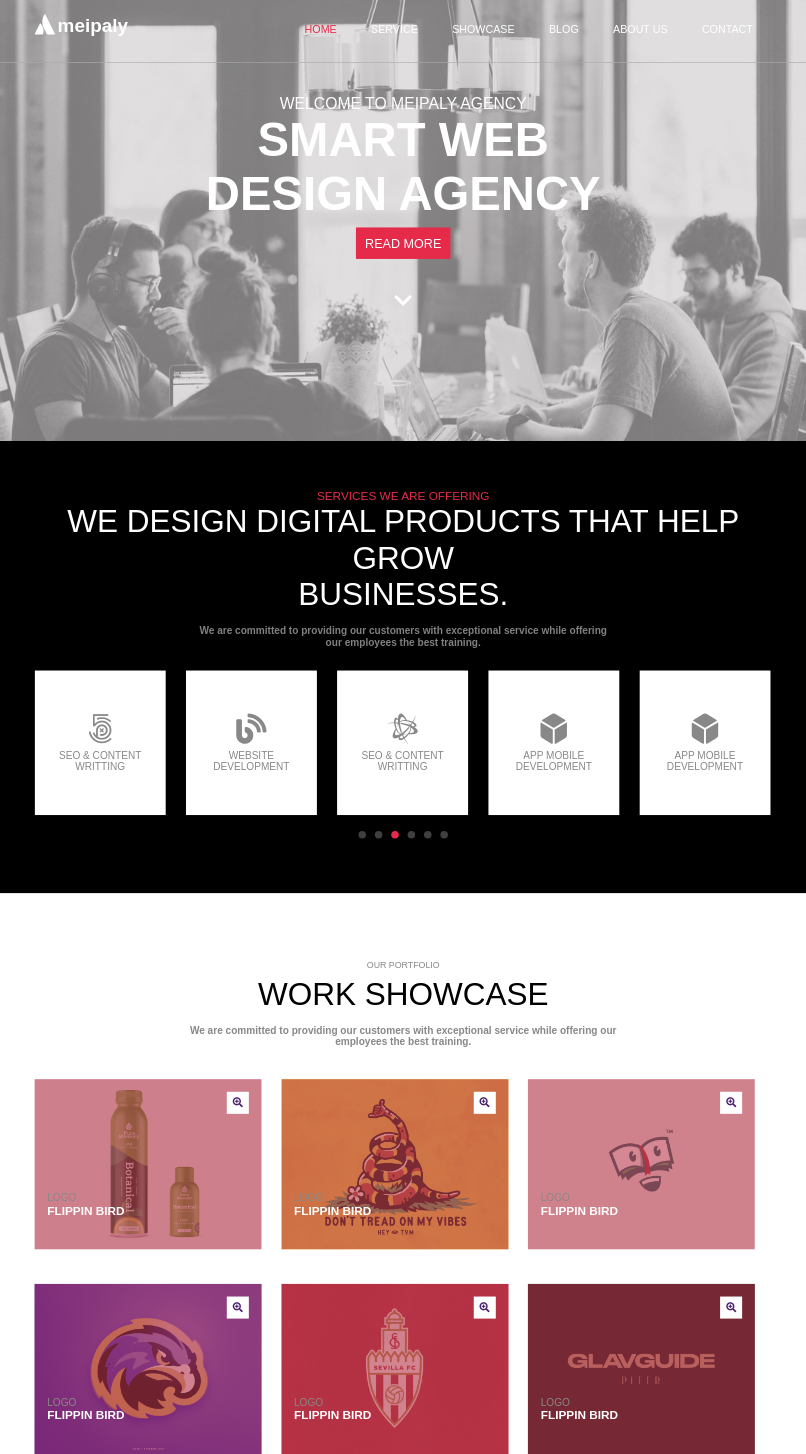
Repository: ToanNguyenThai/Meipaly
Page: index.html
An editor plug-in stored every save of this project. The page is shown before and after the next save, followed by the edit.
The browser window is 1280 px wide. The pictures show the whole page, at 63% of full size.

Above is the page before, as saved 2021-12-11 01:11:32.

After the next save:
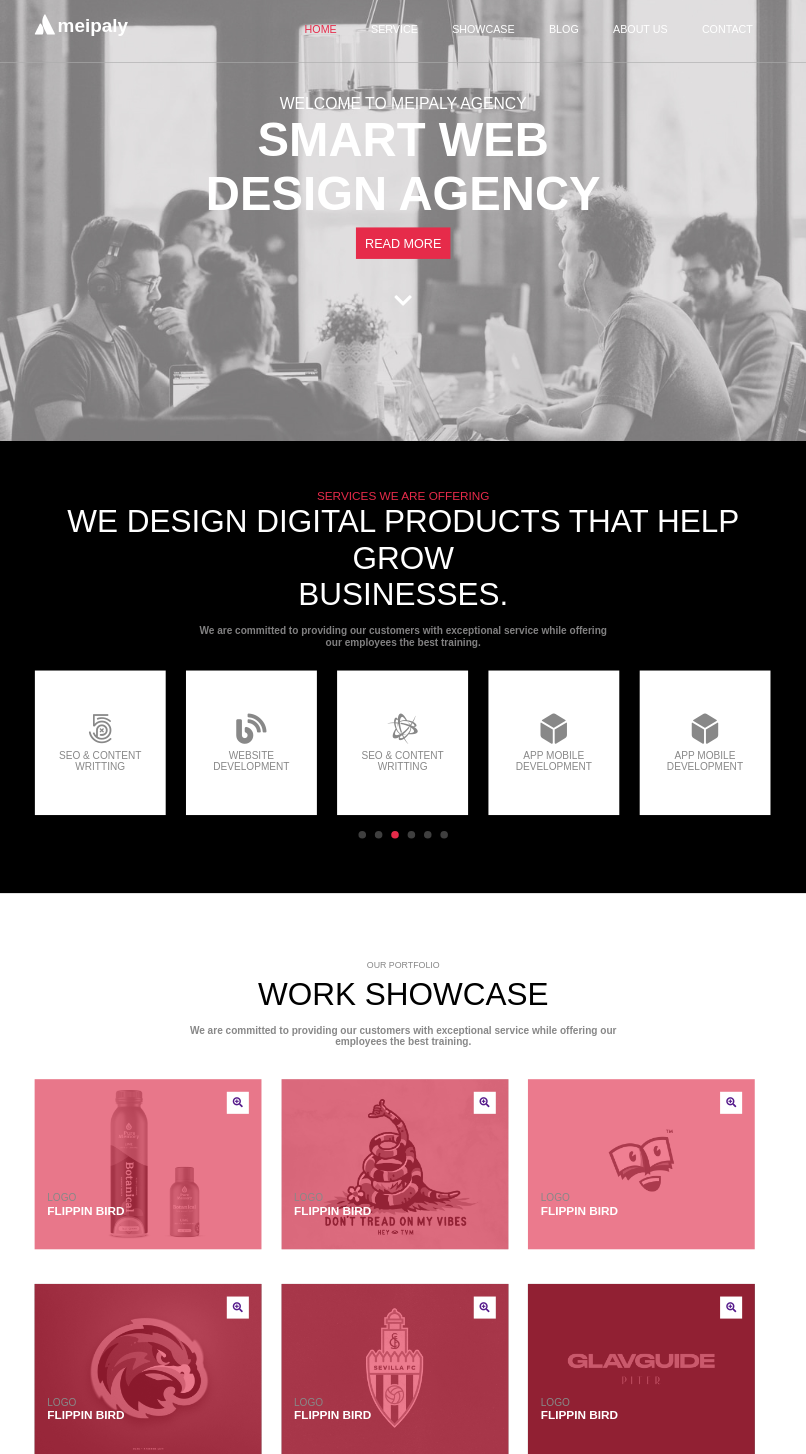
Saved 9 s later.
--- a/css/style.css
+++ b/css/style.css
@@ -221,7 +221,7 @@
     width: 360px;
     height: 270px;
     margin-top: 50px;
-    filter: grayscale(30%);
+
     position: relative;
 }
 .overlay{
@@ -235,6 +235,7 @@
 .content__container img{
     width: 100%;
     position: absolute;
+    filter: grayscale(100%);
 }
 .content__container .zoom{
     position: absolute;
